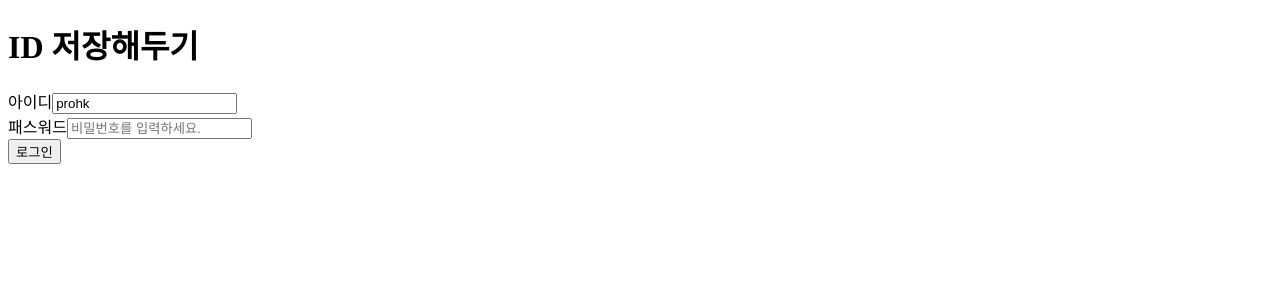
Repository: pro-hk/jsp
Page: http://localhost/chap05/id_save.jsp
The author's editor kept a copy of each file at every save. The page is drawn from the files as they stood at one save, then again after the next save.
The browser window is 1280 px wide. The pictures show the whole page.
The page is served by Tomcat 9.

Above is the page before, as saved 2022-01-25 02:38:37.

After the next save:
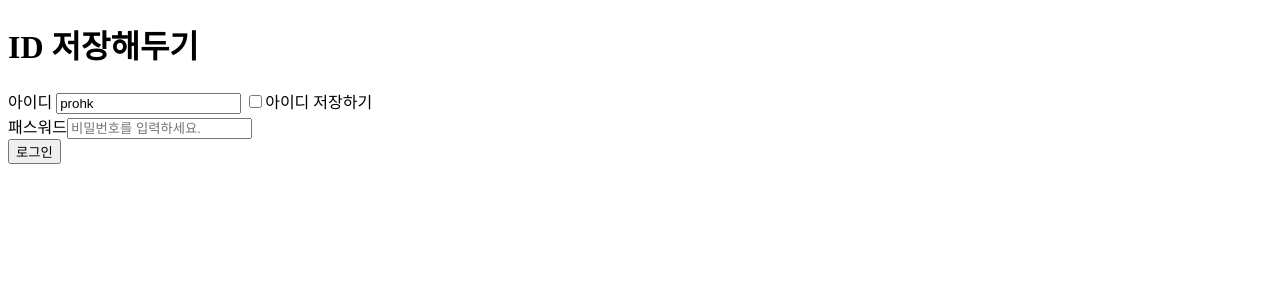
Saved 81 s later.
--- a/chap05/src/main/webapp/id_save.jsp
+++ b/chap05/src/main/webapp/id_save.jsp
@@ -13,7 +13,11 @@
 	<h1>ID 저장해두기</h1>
 	<form action="id_save_process.jsp" method="post">
 		<div>
-			<label><span>아이디</span><input type="text" name="user_id" value="<%= loginID %>" placeholder="아이디를 입력하세요."></label>
+			<label>
+				<span>아이디</span>
+				<input type="text" name="user_id" value="<%= loginID %>" placeholder="아이디를 입력하세요.">
+			</label>
+			<label><input type="checkbox">아이디 저장하기</label>
 		</div>
 		<div>
 			<label><span>패스워드</span><input type="password" name="user_pw" placeholder="비밀번호를 입력하세요."></label>
